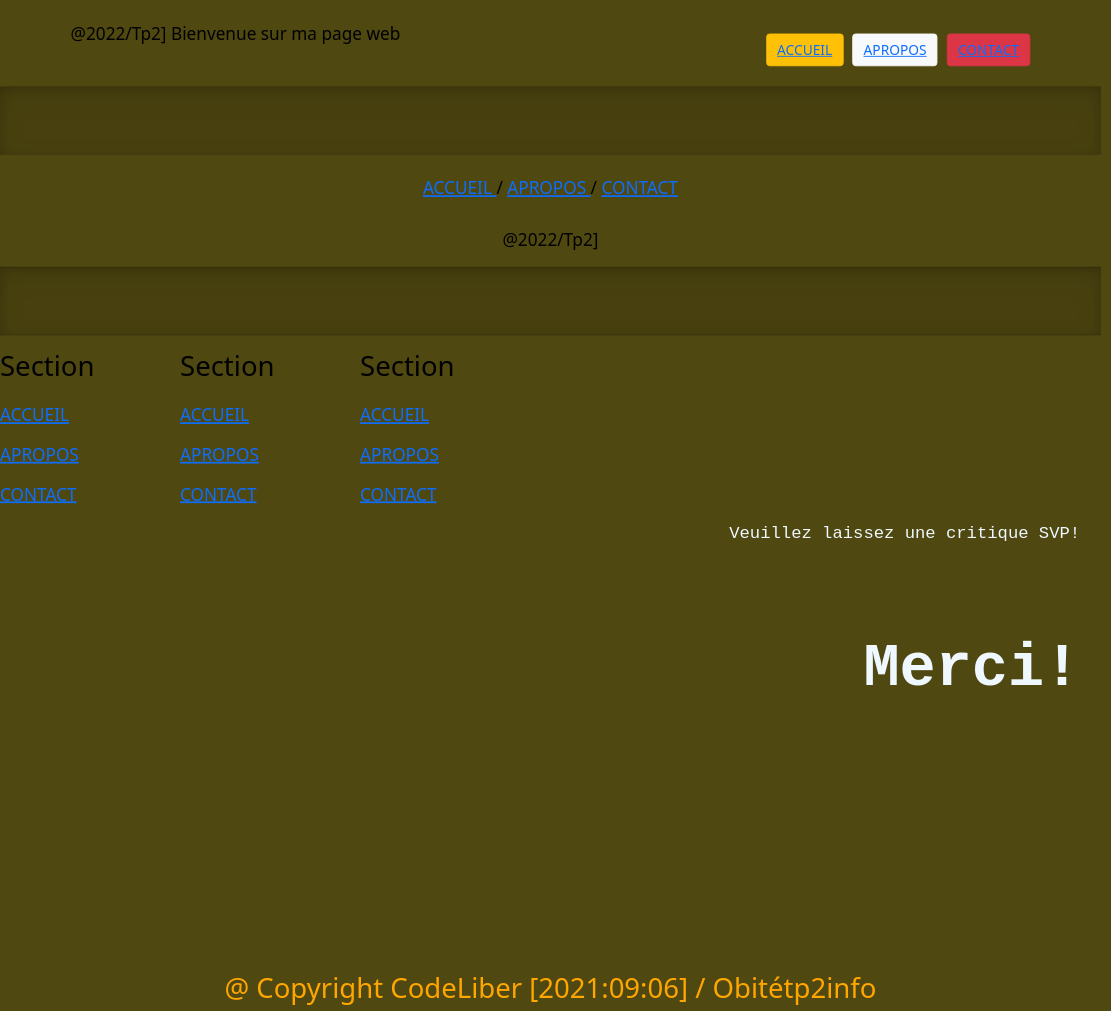
Repository: zezesylvain/cours-l3-info-2023-2024
Page: k.obite/Tp 2/Tp2/Index.html
An editor plug-in stored every save of this project. The page is shown before and after a run of saves, followed by the edit.
The browser window is 1280 px wide. The page is 1292 px wide, so the pictures cover 1292 px, including what lies to the right of the window. The pictures show the part of the page from y = 200 to 1432 px (the page is 1376 px tall before and 1432 px after), at 86% of full size.

Above is the page before, as saved 2021-12-15 10:21:29.

### k.obite/Tp 2/Tp2/Index.html
<!doctype html>
<html lang="en">
  <head>
    <!-- Required meta tags -->
    <meta charset="utf-8">
    <meta name="viewport" content="width=device-width, initial-scale=1">

    <!-- Bootstrap CSS -->
    <link href="https://cdn.jsdelivr.net/npm/bootstrap@5.1.3/dist/css/bootstrap.min.css" rel="stylesheet" integrity="sha384-1BmE4kWBq78iYhFldvKuhfTAU6auU8tT94WrHftjDbrCEXSU1oBoqyl2QvZ6jIW3" crossorigin="anonymous">
    <link rel="stylesheet" href="style.css">

    <title>Tp2, programmation, web</title>
  </head>

  <img  id="photo0" src="img10.png">



  <nav>

  </nav>

  <body>

 <br>


    <div class="container">


      <div class="row">

      <p class="col-md-6"> @2022/Tp2] Bienvenue sur ma page web </p>

      <p  class="col-md-6" id="fichier1">

        <button type="button" class="btn btn-warning"> <a href="index.html"> ACCUEIL </a>  </button>
        <button type="button" class="btn btn-light"> <a href="about.html"> APROPOS </a> </button>
        <button type="button" class="btn btn-danger"> <a href="contact.html">  CONTACT </a></button>

    </p>
    </div>
    </div>

    <div id="vide">

    </div>

<br>

      <div class="container">


     <div class="row">


<br>
<br>
     <p  class="col-md-12" id="fichier11">

     <a href="index.html"> ACCUEIL </a> /
     <a href="about.html"> APROPOS </a> /
     <a href="contact.html">  CONTACT </a>

     </p>

     <p id="deco" class="col-md-12"> @2022/Tp2] </p>

    </div>
     </div>

     <div id="vide"> </div>

      <div class="row">

    <br>

         <div class="row">

         <p  class="col-md-6" id="fichier111">

           <div class="row">
          <h2 class="col-md-2"> Section </h2>
          <h2 class="col-md-2"> Section </h2>
          <h2 class="col-md-2"> Section </h2>

        </div>
        </p>

         <p class="row">

          <a class="col-md-2" href="index.html"> ACCUEIL  </a>
         <a  class="col-md-2" href="Index.html"> ACCUEIL </a>
         <a class="col-md-2" href="Index.html"> ACCUEIL </a>
         </p>

         <p class="row">

         <a class="col-md-2" href="about.html">  APROPOS  </a>
         <a class="col-md-2" href="Index.html"> APROPOS </a>
         <a class="col-md-2" href="Index.html"> APROPOS </a>
         </p>

         <p class="row">

         <a class="col-md-2" href="contact.html"> CONTACT  </a>
         <a class="col-md-2" href="Index.html"> CONTACT </a>
         <a class="col-md-2" href="Index.html"> CONTACT </a>
         </p>

         <p id="deco2" class="col-md-12"> Veuillez laissez une critique SVP!
           <br>
           <br>
           <br>
           <br>

          <b id="merci"> Merci!</b>

        </p>

         </p>


     <br>
     <br>
     <br>


        </div>

        </div>

        <br>
        <br>
        <br>
        <br>
        <br>
        <br>
        <br>
        <br>


        <footer>
          <h2 id="copy"> @ Copyright CodeLiber [2021:09:06] / Obitétp2info </h2>
       </footer>






    <!-- Optional JavaScript; choose one of the two! -->

    <!-- Option 1: Bootstrap Bundle with Popper -->
    <script src="https://cdn.jsdelivr.net/npm/bootstrap@5.1.3/dist/js/bootstrap.bundle.min.js" integrity="sha384-ka7Sk0Gln4gmtz2MlQnikT1wXgYsOg+OMhuP+IlRH9sENBO0LRn5q+8nbTov4+1p" crossorigin="anonymous"></script>

    <!-- Option 2: Separate Popper and Bootstrap JS -->
    <!--
    <script src="https://cdn.jsdelivr.net/npm/@popperjs/core@2.10.2/dist/umd/popper.min.js" integrity="sha384-7+zCNj/IqJ95wo16oMtfsKbZ9ccEh31eOz1HGyDuCQ6wgnyJNSYdrPa03rtR1zdB" crossorigin="anonymous"></script>
    <script src="https://cdn.jsdelivr.net/npm/bootstrap@5.1.3/dist/js/bootstrap.min.js" integrity="sha384-QJHtvGhmr9XOIpI6YVutG+2QOK9T+ZnN4kzFN1RtK3zEFEIsxhlmWl5/YESvpZ13" crossorigin="anonymous"></script>
    -->
  </body>
</html>

### k.obite/Tp 2/Tp2/style.css

#copy{

    color: rgb(255, 166, 00);
    text-align: center;
}

body{

    background-color:rgb(80, 72, 17)

}




#photo0{

    background-image: ;
    width: 100%;
    height: 200px;

}



#fichier1{

    font-size: 40px;
    text-align: right;
    color: aliceblue

}

div{


    border: 2px;
    text-align: left;
    font-size: 20px;
    color: black;

}

#vide{

    height: 5rem;
    background-color: rgba(0, 0, 0, 0.1);
    border: solid rgba(0, 0, 0, 0.15);
    border-width: 1px 0;
    box-shadow: inset 0 .5em 1.5em rgba(0, 0, 0, .1), inset 0 .125em .5em rgba(0, 0, 0, .15);
}

#deco{

    text-align: center;
}

#fichier11{

    text-align: center;
}

#deco2{

    color:aliceblue;
    font-family: 'Courier New', Courier, monospace;
    text-align: right;
}

#merci{
    font-size: 70px;
}

#msg{



}

After the next 2 saves:
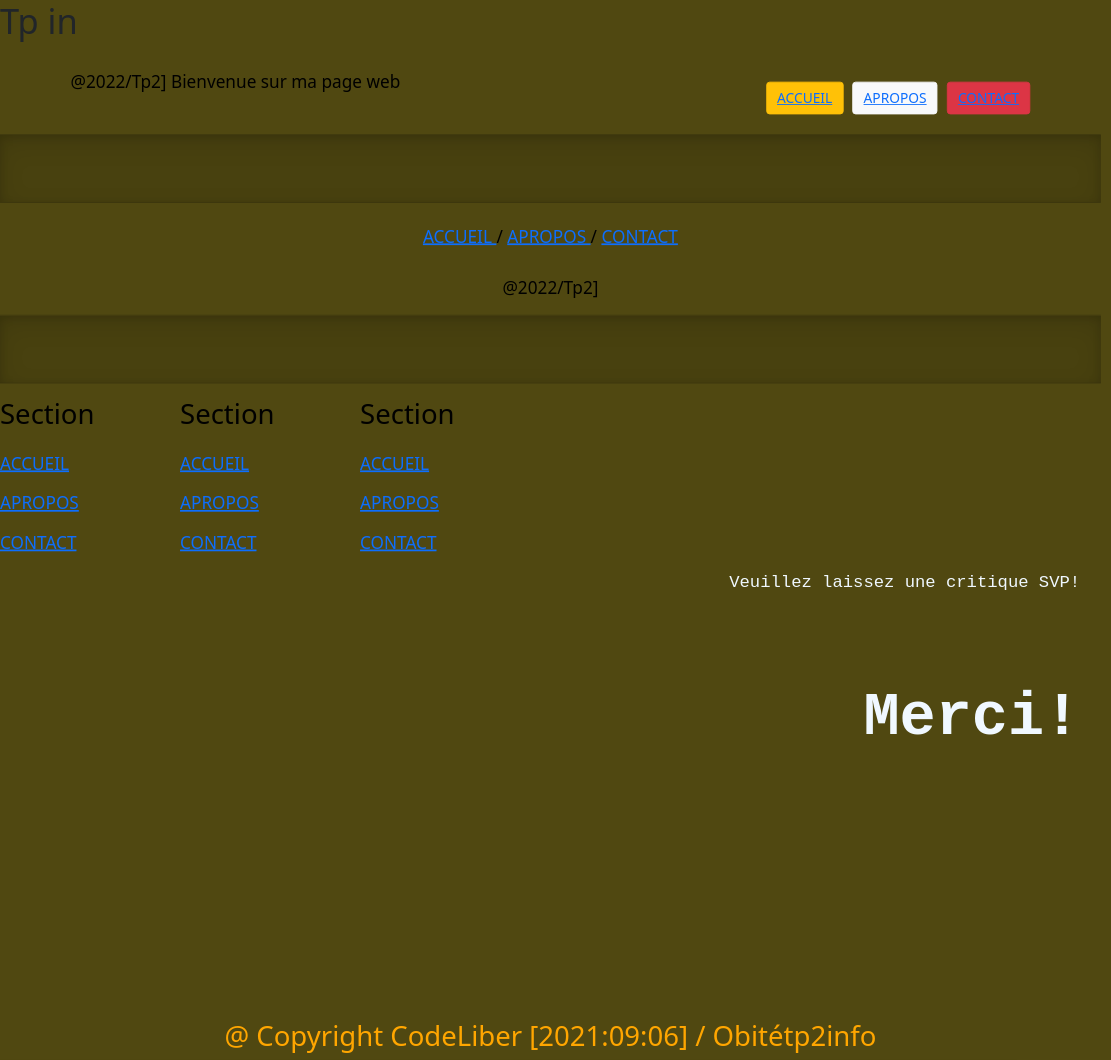
The 2 saves are shown as one change because they came seconds apart.
The last was saved 10 s later.
--- a/k.obite/Tp 2/Tp2/Index.html
+++ b/k.obite/Tp 2/Tp2/Index.html
@@ -13,7 +13,7 @@
   </head>
 
   <img  id="photo0" src="img10.png">
-
+  <h1> Tp in </h1>
 
 
   <nav>
